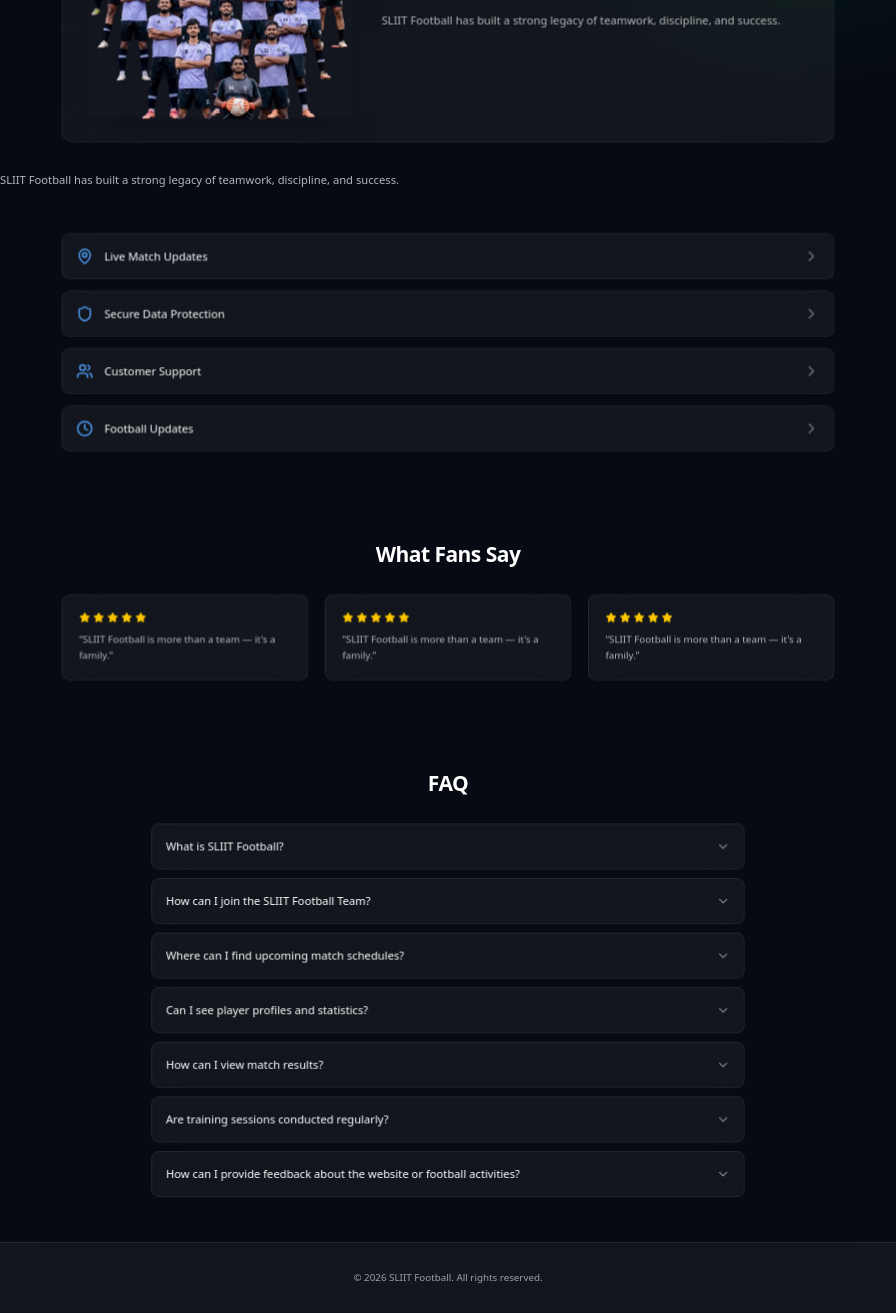
Repository: azeez6789/springboot-footbal-web
Page: /home (app in client/)
These files come from the project's save history. The page is drawn as it stood at one moment and after the next save; the edit follows.
The browser window is 1280 px wide. The pictures show the part of the page from y = 936 to 2856 px (the page is 2811 px tall before and 2891 px after), at 70% of full size.
The project was rebuilt for these pictures with package versions that can differ from the ones it lists, and the page was loaded fresh each time. Also part of the build but not shown: client/vite.config.js, client/src/common/services/userService.js, client/src/common/component/login.jsx, client/src/common/component/register.jsx, client/src/common/component/About.jsx, client/src/common/pages/event.jsx, client/src/common/pages/ticket.jsx, client/src/common/pages/playerForm.jsx and 19 more.

Above is the page before, as saved 2026-09-30 13:28:37.

After the next save:
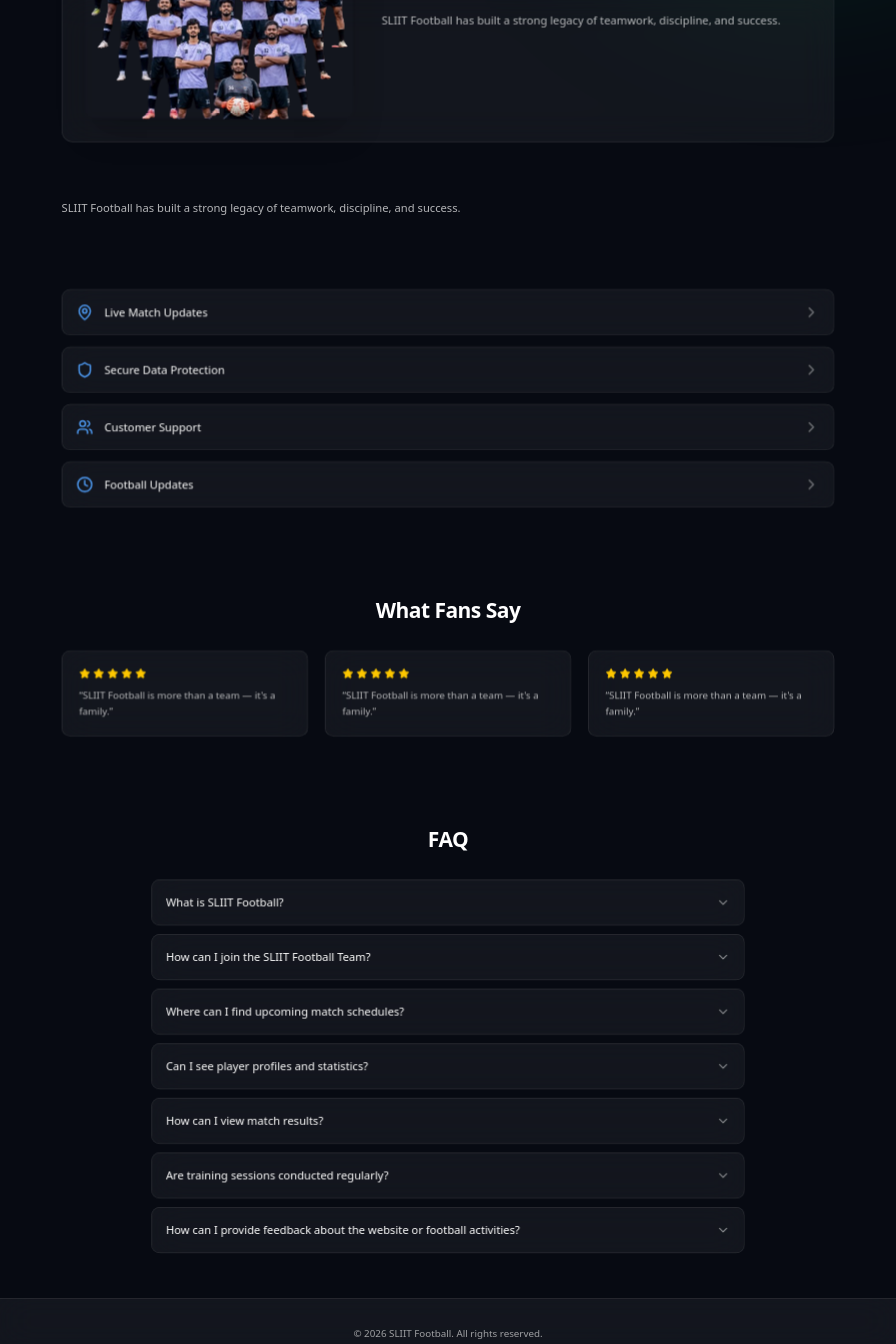
Saved 13 s later.
--- a/client/src/common/pages/home.jsx
+++ b/client/src/common/pages/home.jsx
@@ -233,7 +233,7 @@
         </div>
       </section>
 
-      <section>
+      <section className="max-w-6xl mx-auto px-6 py-10 relative z-10">
          <p className="text-white/70 leading-relaxed">
               SLIIT Football has built a strong legacy of teamwork, discipline, and success.
             </p>
